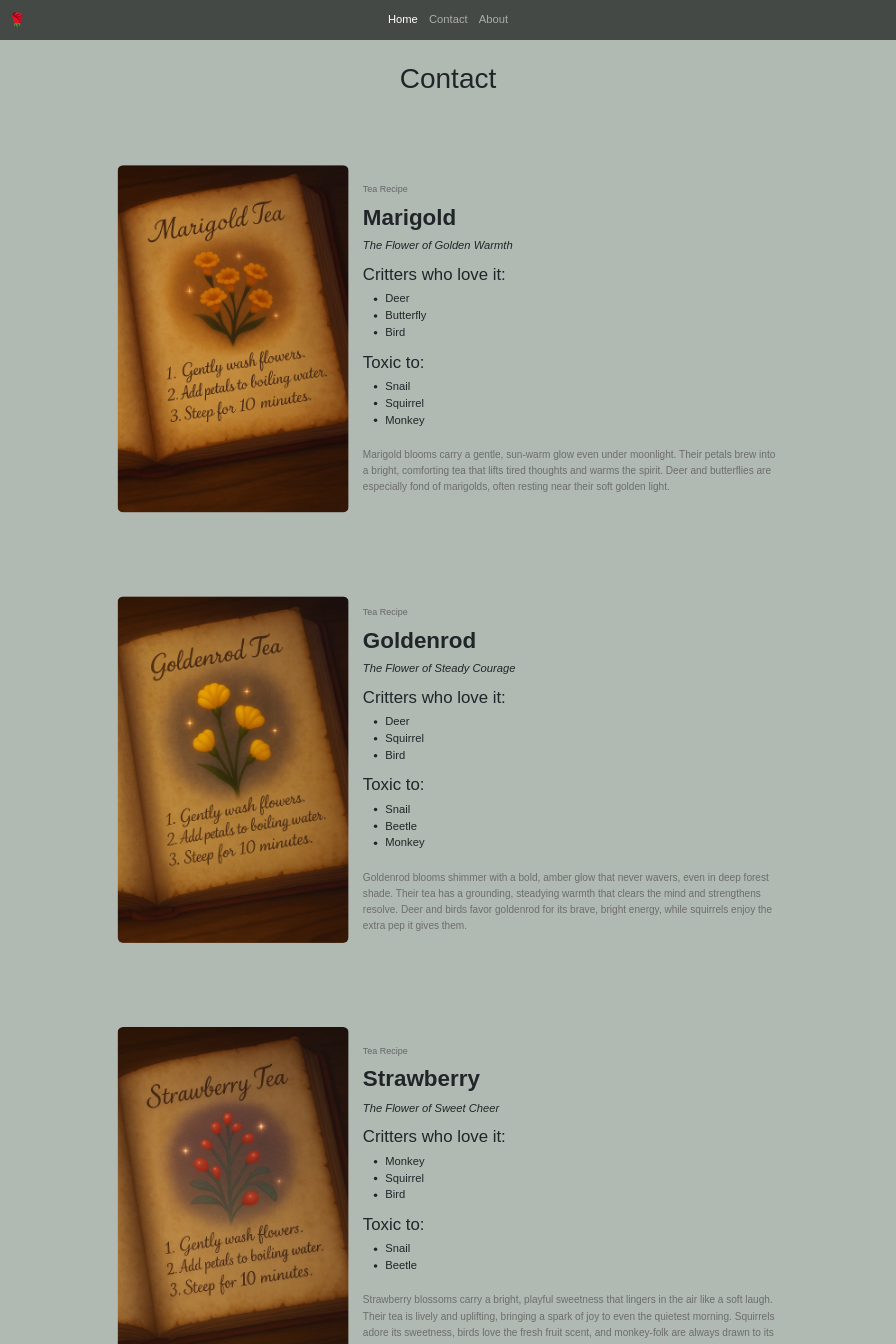
Repository: Brittany-Westlund/WebDesign
Page: FinalProject/contact.html
The author's editor kept a copy of each file at every save. The page is drawn from the files as they stood at one save, then again after the next save.
The browser window is 1280 px wide. The pictures show the part of the page from y = 0 to 1920 px (the page is 3282 px tall before and 3756 px after), at 70% of full size.
A picture or video elsewhere on the page could not be fetched, so the positions and the page height are approximate. Backgrounds fixed to the window are drawn as part of the page.

Above is the page before, as saved 2025-12-02 21:23:03.

After the next save:
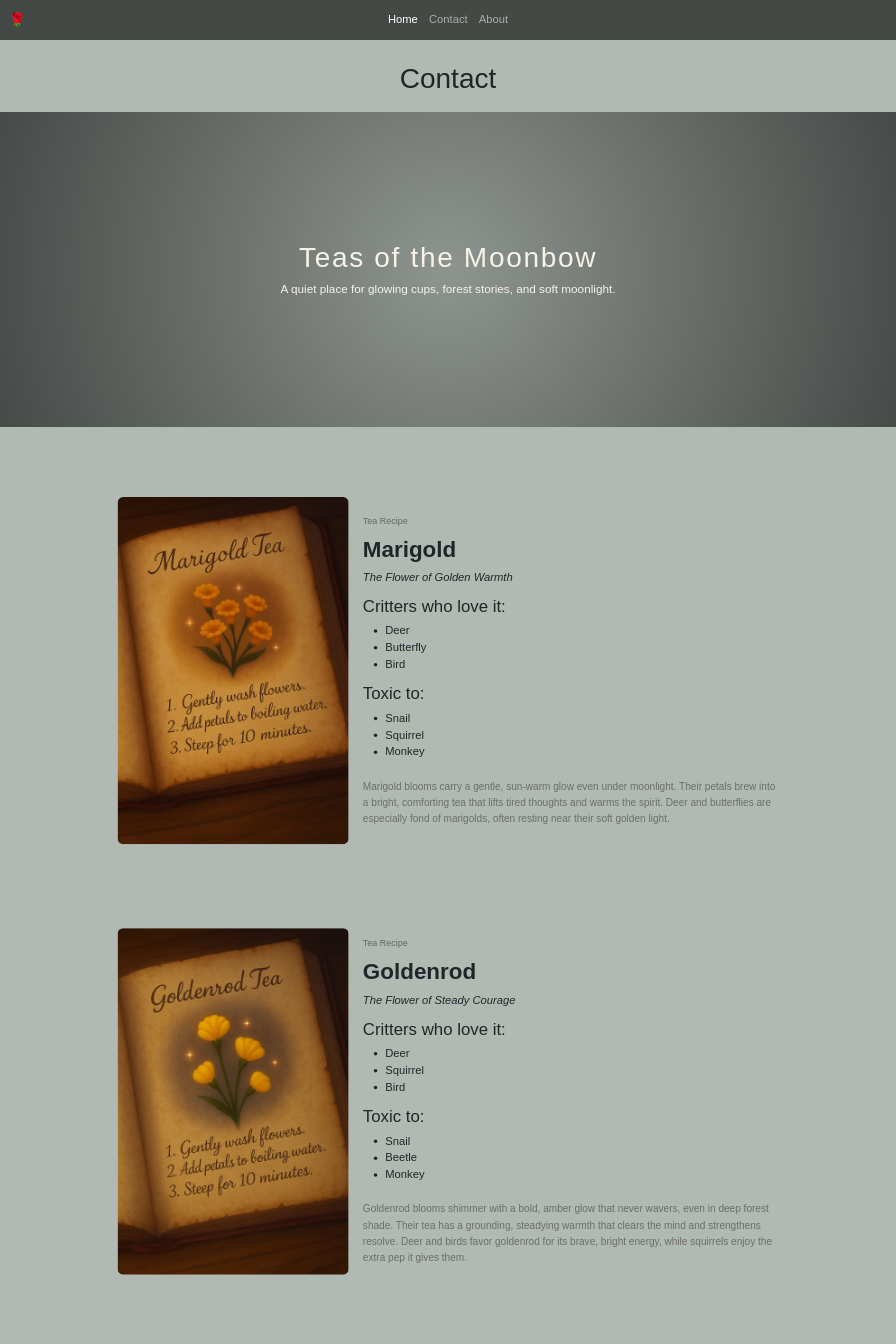
Not found: FinalProject/style/images/TeasoftheMoonbow.png
Saved 3 s later.
--- a/FinalProject/contact.html
+++ b/FinalProject/contact.html
@@ -37,6 +37,18 @@
     <main>
 
 
+  <!-- Parallax Banner -->
+<section class="moonbow-banner">
+  <div class="moonbow-banner-overlay">
+    <div class="moonbow-banner-content">
+      <h1>Teas of the Moonbow</h1>
+      <p>A quiet place for glowing cups, forest stories, and soft moonlight.</p>
+    </div>
+  </div>
+</section>
+
+
+
   <!-- Marigold -->
 
   <div class="blog-preview">

After the 2 saves that followed:
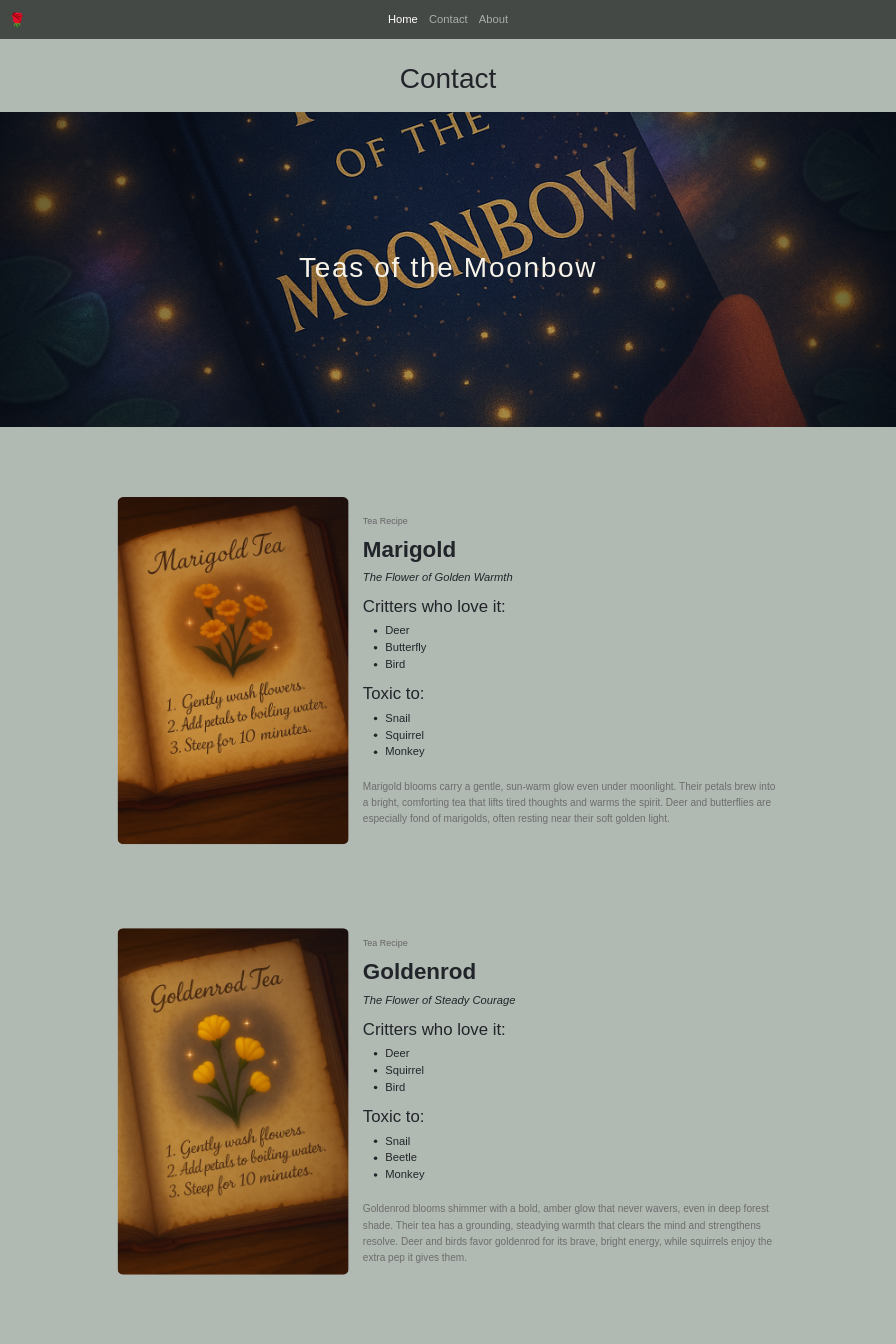
The 2 saves are shown as one change because 1 left the picture as it was.
The last was saved 4 min 23 s later.
--- a/FinalProject/contact.html
+++ b/FinalProject/contact.html
@@ -38,14 +38,15 @@
 
 
   <!-- Parallax Banner -->
-<section class="moonbow-banner">
+<section class="moonbow-banner"
+         style="background-image: url('images/TeasoftheMoonbow.png');">
   <div class="moonbow-banner-overlay">
     <div class="moonbow-banner-content">
       <h1>Teas of the Moonbow</h1>
-      <p>A quiet place for glowing cups, forest stories, and soft moonlight.</p>
     </div>
   </div>
 </section>
+
 
 
 
--- a/FinalProject/style/style.css
+++ b/FinalProject/style/style.css
@@ -361,7 +361,7 @@ a:focus, button:focus, input:focus {
 .moonbow-banner {
   position: relative;
   height: 450px;
-  background-image: url("images/TeasoftheMoonbow.png"); /* adjust path if needed */
+  background-image: url("images/TeasoftheMoonbow.png"); /* adjust path */
   background-size: cover;
   background-position: center;
   background-attachment: fixed; /* parallax effect */
